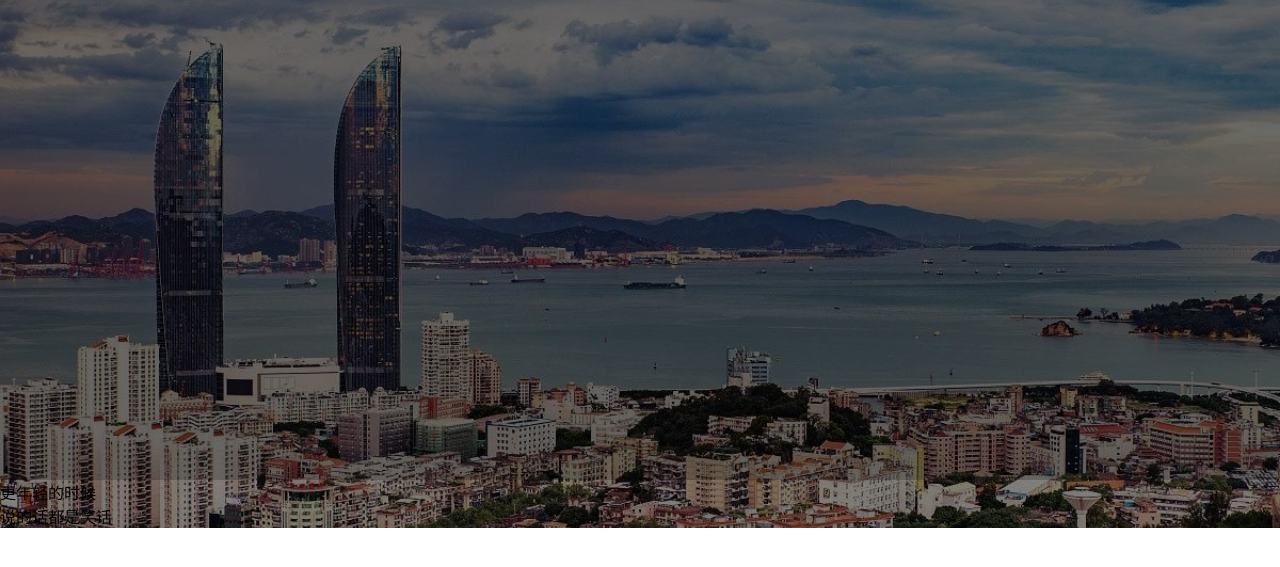
Repository: airsky0605/airsky0605.github.io
Page: index.html
An editor plug-in stored every save of this project. The page is shown before and after the next save, followed by the edit.
The browser window is 1280 px wide. The pictures show the whole page.

Above is the page before, as saved 2020-04-09 17:45:54.

After the next save:
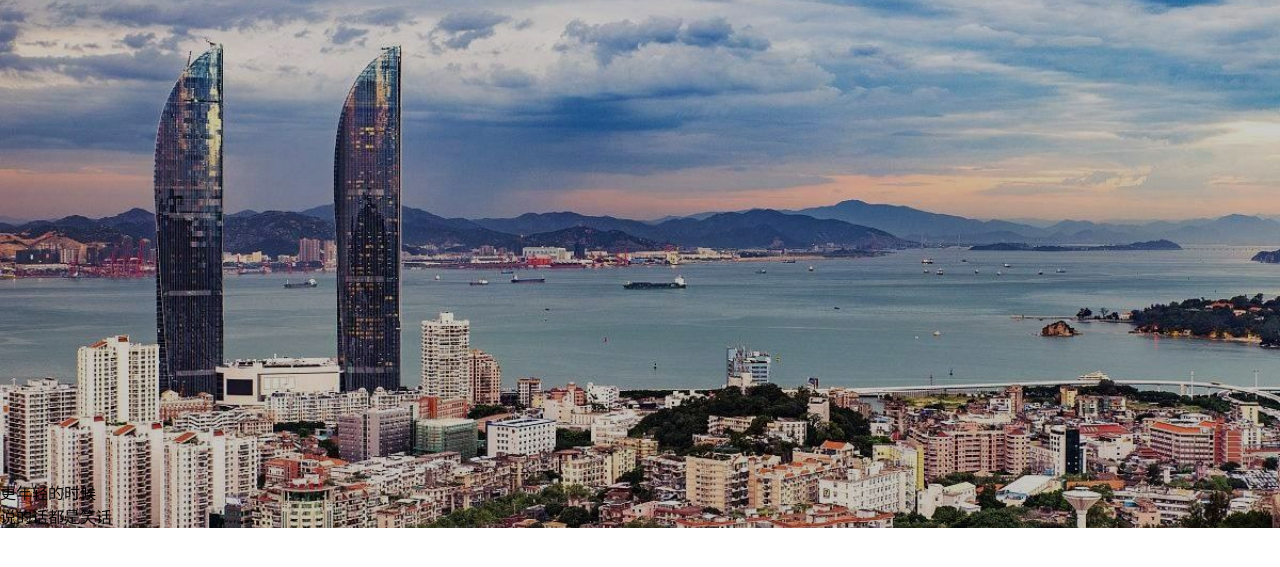
Saved 29 s later.
--- a/css/common.css
+++ b/css/common.css
@@ -2,7 +2,7 @@
   position: relative;
   background: url(../img/banner.jpeg) 0% 50% / cover no-repeat;
 }
-.banner ::after{
+.banner::after{
   content: "";
   position: absolute;
   top: 0px;
